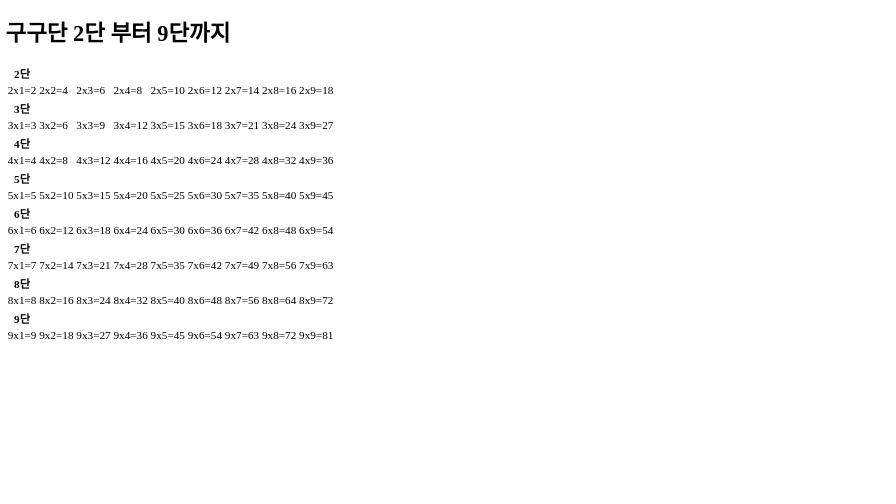
Repository: hyeongu135-ui/Jsp2026
Page: http://localhost/chapter01/test02.jsp
The author's editor kept a copy of each file at every save. The page is drawn from the files as they stood at one save, then again after the next save.
The browser window is 1280 px wide. The pictures show the whole page, at 70% of full size.
The page is served by Tomcat 9.

Above is the page before, as saved 2026-10-16 04:16:41.

After the next save:
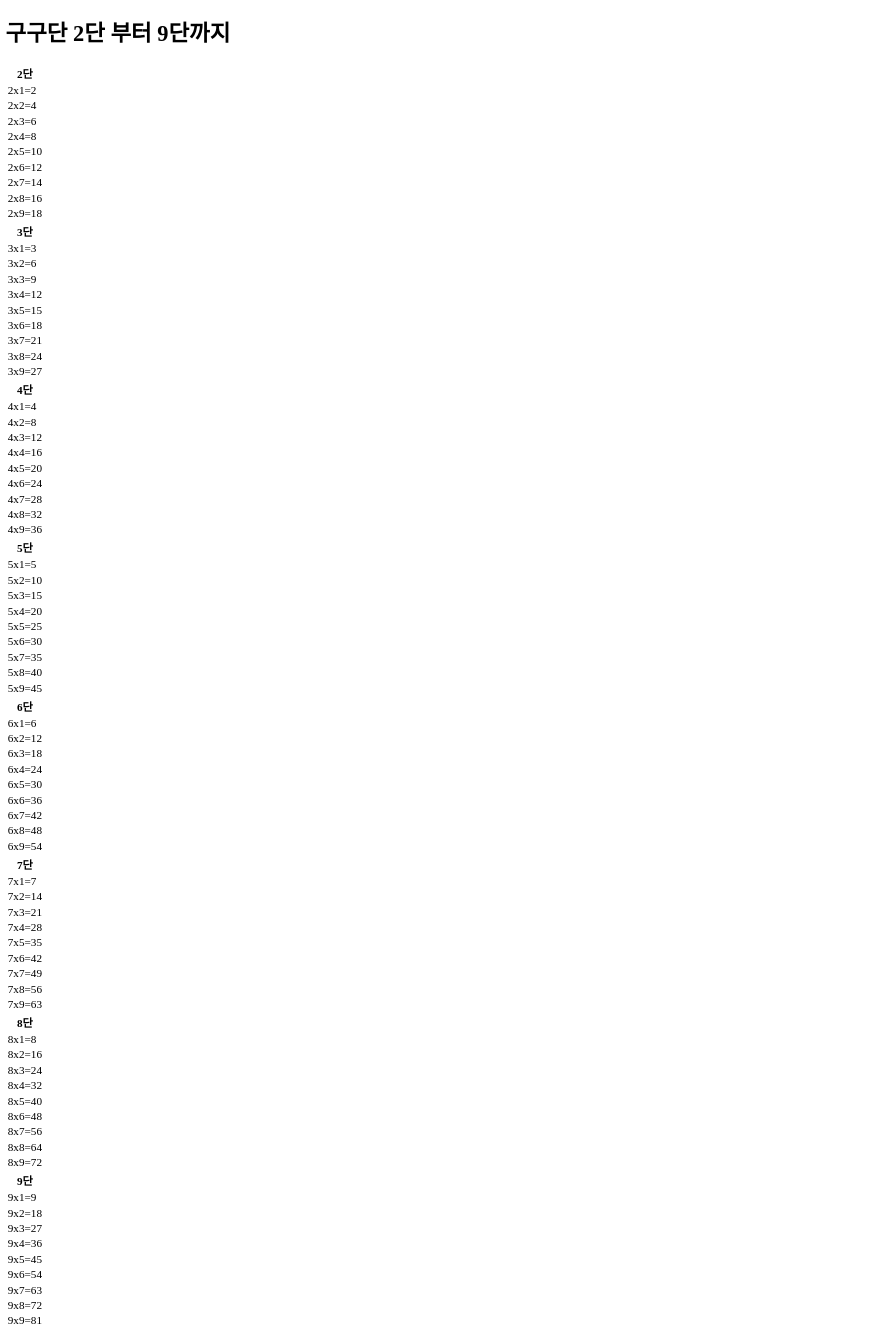
Saved 62 s later.
--- a/chapter01/src/main/webapp/test02.jsp
+++ b/chapter01/src/main/webapp/test02.jsp
@@ -26,10 +26,10 @@
 			int sum = (i * j);
 		%>
 
-			<td><%=i + "x" + j + "=" + sum%></td>
+			<tr><td><%=i + "x" + j + "=" + sum%></td></tr>
 		<%
 		}
-		%></tr>
+		%>
 		<%
 		}
 		%>
